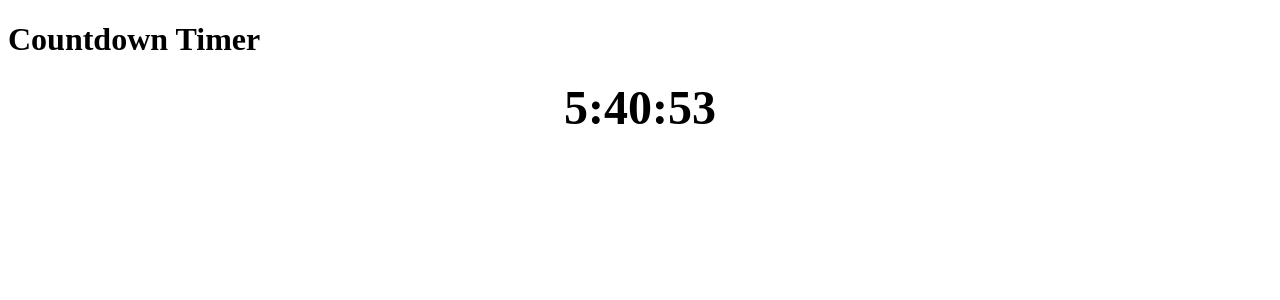
Repository: seamoonpandey/ethos-countdown
Page: index.html
These files come from the project's save history. The page is drawn as it stood at one moment and after the next save; the edit follows.
The browser window is 1280 px wide. The pictures show the whole page.

Above is the page before, as saved 2023-06-29 18:19:32.

After the next save:
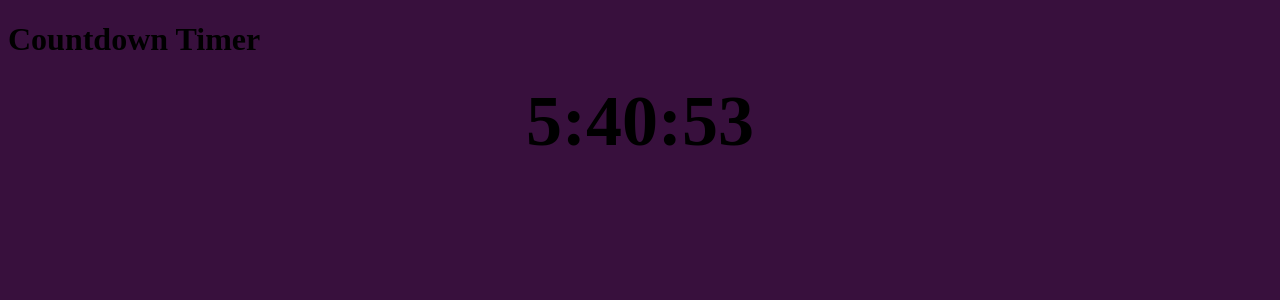
Saved 3 min 52 s later.
--- a/style.css
+++ b/style.css
@@ -1,6 +1,30 @@
+html {
+    background-color: #38103D;
+}
+
+header {
+    text-align: center;
+    margin-top: 20px;
+}
+
+main {
+    text-align: center;
+    margin-top: 50px;
+}
+
 #timer {
-    font-size: 48px;
+    font-size: 72px;
     font-weight: bold;
     text-align: center;
     margin-top: 20px;
 }
+
+footer {
+    text-align: center;
+    padding: 20px;
+}
+
+footer img {
+    width: 200px;
+    height: 200px;
+}
